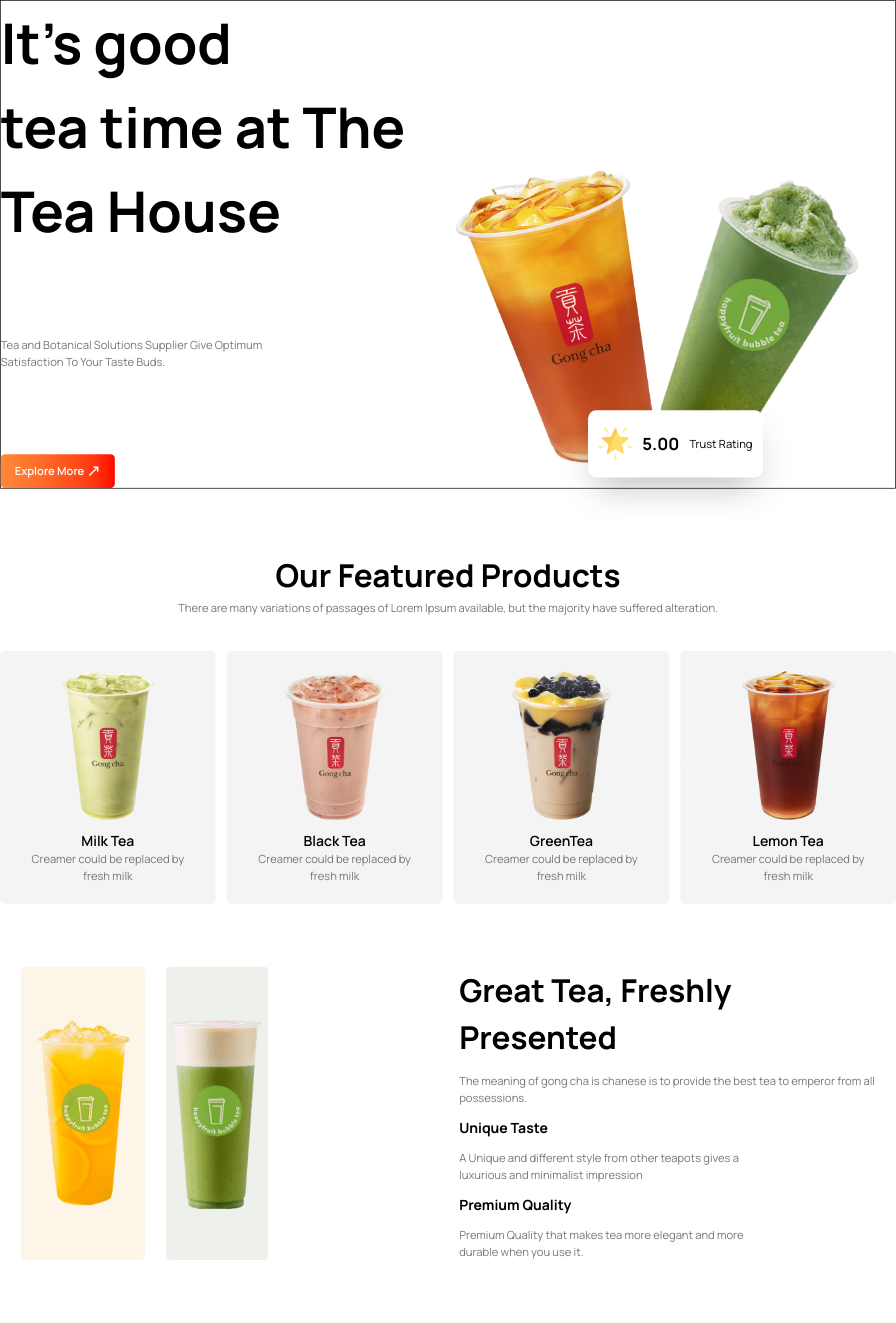
Repository: tanimtanzilislam/Tea-house
Page: index.html
The author's editor kept a copy of each file at every save. The page is drawn from the files as they stood at one save, then again after a run of saves.
The browser window is 1280 px wide. The pictures show the whole page, at 70% of full size.
Some web libraries are served in a nearby version.

Above is the page before, as saved 2026-04-10 01:37:34.

### index.html
<!DOCTYPE html>
<html lang="en">
<head>
    <meta charset="UTF-8">
    <meta name="viewport" content="width=device-width, initial-scale=1.0">
    <title>Tea House</title>
    <!-- Tailwind css -->
     <script src="https://cdn.jsdelivr.net/npm/@tailwindcss/browser@4"></script>

     <!-- Google fonts -->
      <link rel="preconnect" href="https://fonts.googleapis.com">
<link rel="preconnect" href="https://fonts.gstatic.com" crossorigin>
<link href="https://fonts.googleapis.com/css2?family=Manrope:wght@200..800&family=Work+Sans:ital,wght@0,100..900;1,100..900&display=swap" rel="stylesheet">

<style>
    *{
        font-family: "Manrope", sans-serif;
    }
</style>

<!-- font awesome cdn -->
<link rel="stylesheet" href="https://cdnjs.cloudflare.com/ajax/libs/font-awesome/7.0.1/css/all.min.css" integrity="sha512-2SwdPD6INVrV/lHTZbO2nodKhrnDdJK9/kg2XD1r9uGqPo1cUbujc+IYdlYdEErWNu69gVcYgdxlmVmzTWnetw==" crossorigin="anonymous" referrerpolicy="no-referrer" />

</head>

<body>

<section class="grid grid-cols-1 md:grid-cols-2 container border mx-auto">
    <div class="banner-left space-y-30">
        <h2 class="text-[80px] font-bold">It's good <br>tea time at The <br> Tea House</h2>
        <p class="text-[#777777]">Tea and Botanical Solutions Supplier Give Optimum <br>Satisfaction To Your Taste Buds.</p>
        <button class="py-3 px-5 rounded-md text-white font-semibold bg-linear-to-r from-[#FF8938] to-[#FF0000]">
            Explore More
            <span class="-rotate-45 inline-block">
                <i class="fa-solid fa-arrow-right-long"></i>
            </span>
        </button>
    </div>

    <div class="banner-right flex justify-end items-end relative">
        <img src="./images/banner.png" alt="">

        <!-- Rating div -->
        <div class="bg-white rounded-xl shadow-2xl flex justify-between items-center gap-2 w-[250px] absolute bottom-[15px] left-[200px] py-[25px] px-[15px]">
            <img src="./images/Group 5.png" alt="">
            <h2 class="font-bold text-2xl">5.00</h2>
            <p>Trust Rating</p>
        </div>
    </div>
</section>

<!-- Featured section -->
<section class="container mx-auto my-[90px]">

    <div class="text-center max-w-[65%] mx-auto mb-[50px]">
        <h2 class="font-bold text-[45px]">Our Featured Products</h2>
        <p class="text-[#777777]">
            There are many variations of passages of Lorem Ipsum available, but the majority have suffered alteration.
        </p>
    </div>

    <div class="featured-card-parent grid grid-cols-1 sm:grid-cols-2 md:grid-cols-4 gap-4">

        <div class="featured-card bg-linear-to-b from-[#f4f4f4] to-[#f4f4f4] p-7 text-center rounded-md">
            <img src="./images/tea-1.png" alt="" class="mx-auto mb-4">
            <h2 class="font-semibold text-xl">Milk Tea</h2>
            <p class="text-[#777777]">Creamer could be replaced by fresh milk</p>
        </div>

        <div class="featured-card bg-linear-to-b from-[#f4f4f4] to-[#f4f4f4] p-7 text-center rounded-md">
            <img src="./images/tea-2.png" alt="" class="mx-auto mb-4">
            <h2 class="font-semibold text-xl">Black Tea</h2>
            <p class="text-[#777777]">Creamer could be replaced by fresh milk</p>
        </div>

        <div class="featured-card bg-linear-to-b from-[#f4f4f4] to-[#f4f4f4] p-7 text-center rounded-md">
            <img src="./images/tea-3.png" alt="" class="mx-auto mb-4">
            <h2 class="font-semibold text-xl">GreenTea</h2>
            <p class="text-[#777777]">Creamer could be replaced by fresh milk</p>
        </div>

        <div class="featured-card bg-linear-to-b from-[#f4f4f4] to-[#f4f4f4] p-7 text-center rounded-md">
            <img src="./images/tea-4.png" alt="" class="mx-auto mb-4">
            <h2 class="font-semibold text-xl">Lemon Tea</h2>
            <p class="text-[#777777]">Creamer could be replaced by fresh milk</p>
        </div>

    </div>
</section>

<!-- Great Tea sections -->
<section class="container mx-auto grid md:grid-cols-2 gap-8 mb-[90px] ">

    <div class="great-tea-left flex gap-[30px] grid-cols-2 grid-rows-3">
        <div class="row-span-1 bg-linear-to-r from-[#ff0000] to-[#ff8938] opacity-10 rounded-md"></div>

        <div class="border-red-500 row-span-1 flex justify-center items-center bg-[#e6a6231a] rounded-md">
            <img src="./images/fresh-1.png" alt="">
        </div>

        <div class="border-red-500 row-span-2 flex justify-center items-center bg-[#5776391a] rounded-md">
            <img src="./images/fresh-2.png" alt="">
        </div>

        <div class="border-red-500 rounded-md"></div>
    </div>

    <div class="great-tea-right space-y-4">

        <h2 class="text-[45px] font-bold">Great Tea, Freshly <br>
             Presented</h2>

        <p class="text-[#777777]">
            The meaning of gong cha is chanese is to provide the best tea to emperor from all possessions.
        </p>

        <h2 class="font-bold text-[20px]">Unique Taste</h2>
        <p class="text-[#777777]">
            A Unique and different style from other teapots gives a <br> luxurious and minimalist impression
        </p>

        <h2 class="font-bold text-[20px]">Premium Quality</h2>
        <p class="text-[#777777]">
            Premium Quality that makes tea more elegant and more  <br>
            durable when you use it.
        </p>

    </div>

</section>

</body>
</html>

After the next 2 saves:
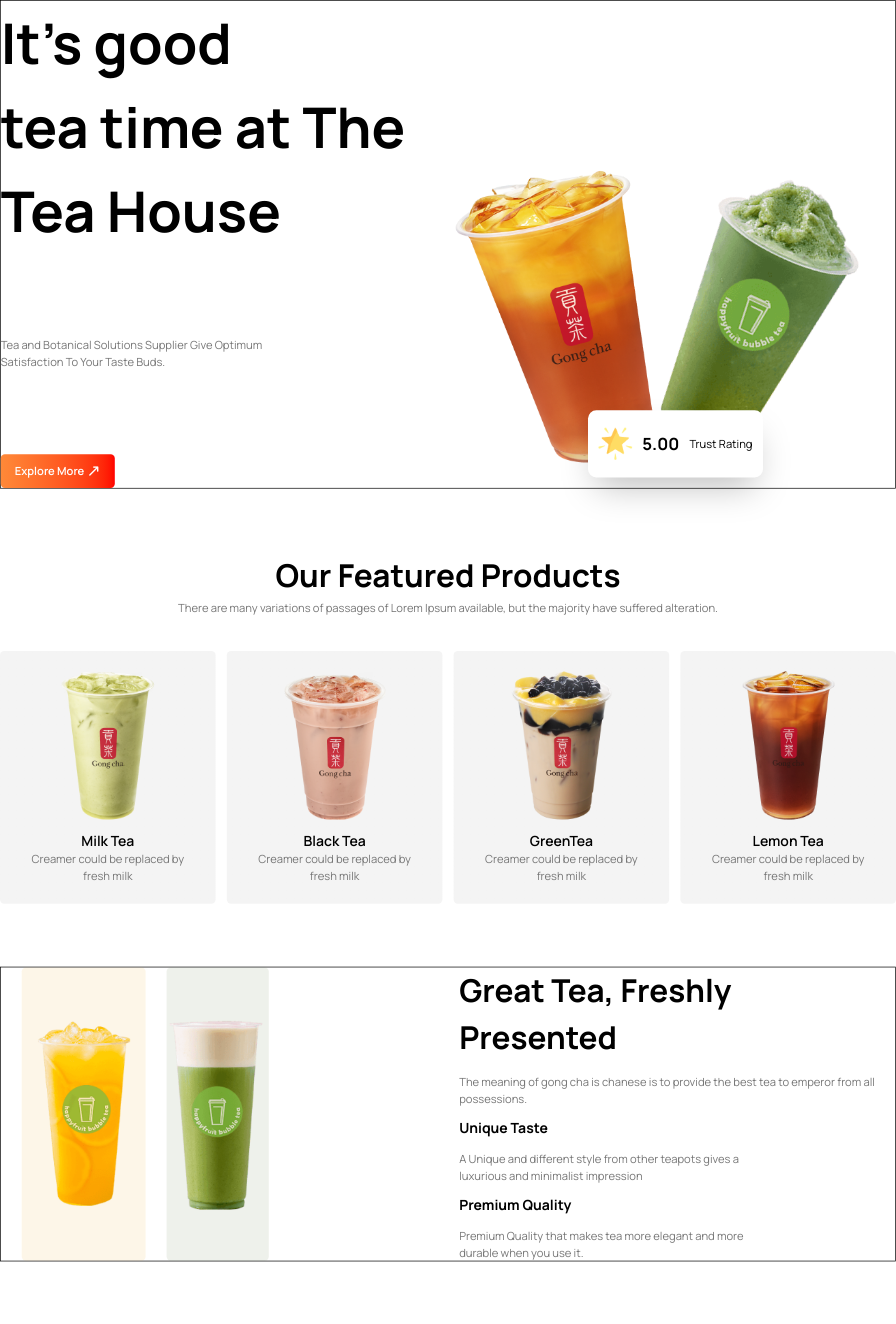
The 2 saves are shown as one change because they came seconds apart.
The last was saved 7 s later.
--- a/index.html
+++ b/index.html
@@ -89,7 +89,7 @@
 </section>
 
 <!-- Great Tea sections -->
-<section class="container mx-auto grid md:grid-cols-2 gap-8 mb-[90px] ">
+<section class="container mx-auto grid md:grid-cols-2 gap-8 mb-[90px] border border-">
 
     <div class="great-tea-left flex gap-[30px] grid-cols-2 grid-rows-3">
         <div class="row-span-1 bg-linear-to-r from-[#ff0000] to-[#ff8938] opacity-10 rounded-md"></div>
